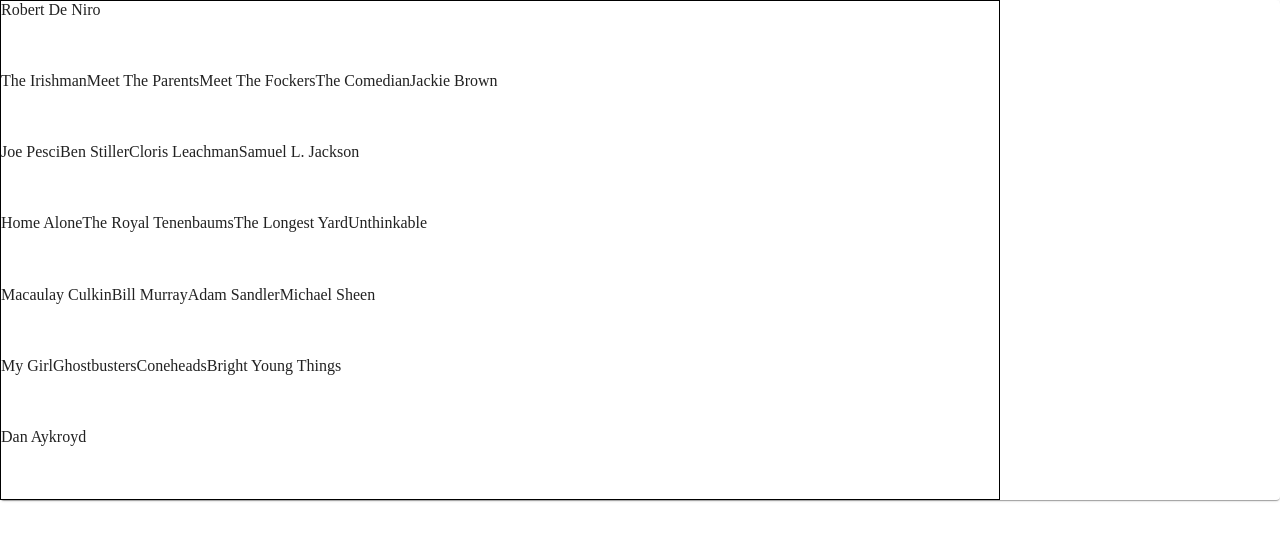
Repository: crittelmeyer/bacon
Page: /
An editor plug-in stored every save of this project. The page is shown before and after the next save, followed by the edit.
The browser window is 1280 px wide. The pictures show the whole page.
The project was rebuilt for these pictures with package versions that can differ from the ones it lists, and the page was loaded fresh each time. Requests to the local data server were answered from the project's data file. Also part of the build but not shown: src/components/Section.jsx, src/components/Grid.jsx, src/components/Row.jsx, src/utils/getColWidth.js, src/components/Col.jsx, src/components/Headings.jsx, src/containers/RepositoryList.jsx, src/containers/RepositorySection.jsx and 1 more.

Above is the page before, as saved 2019-12-02 15:40:31.

After the next save:
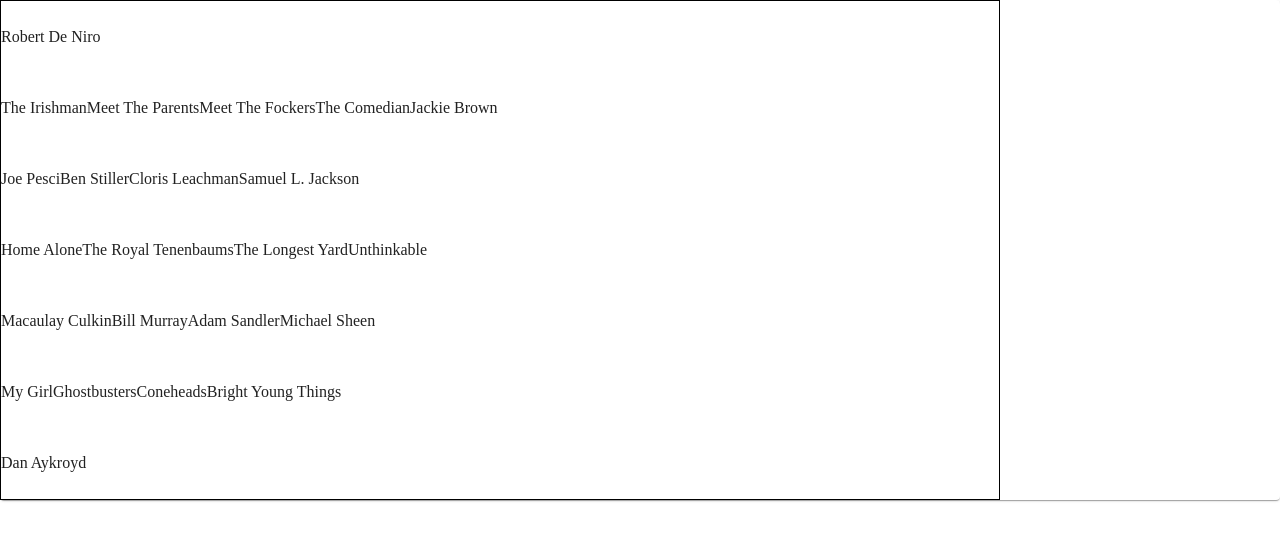
Saved 15 s later.
--- a/src/components/BaconGraph/BaconGraph.jsx
+++ b/src/components/BaconGraph/BaconGraph.jsx
@@ -19,6 +19,7 @@
   nodeLevel: ({ levelCount }) => ({
     display: 'flex',
     flexDirection: 'row',
+    alignItems: 'center',
     height: GRAPH_HEIGHT / levelCount,
   }),
 };
@@ -53,7 +54,7 @@
                   nodeLevel
                 )
               }
-             </div>),
+            </div>),
           nodesGrouped
         )
       }
